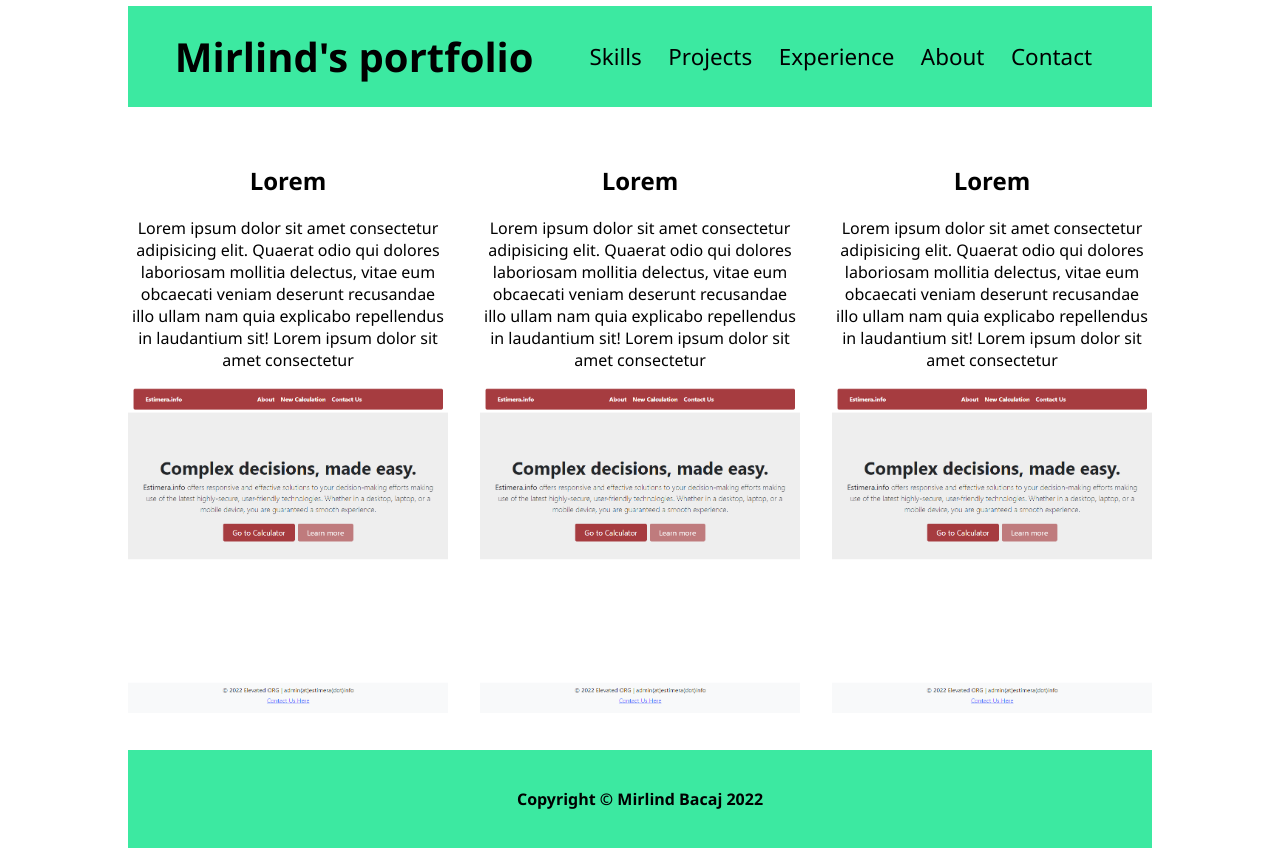
Repository: mirkbirki/mirkbirki.github.io
Page: index.html
An editor plug-in stored every save of this project. The page is shown before and after the next save, followed by the edit.
The browser window is 1280 px wide. The pictures show the whole page.

Above is the page before, as saved 2022-11-15 18:38:41.

After the next save:
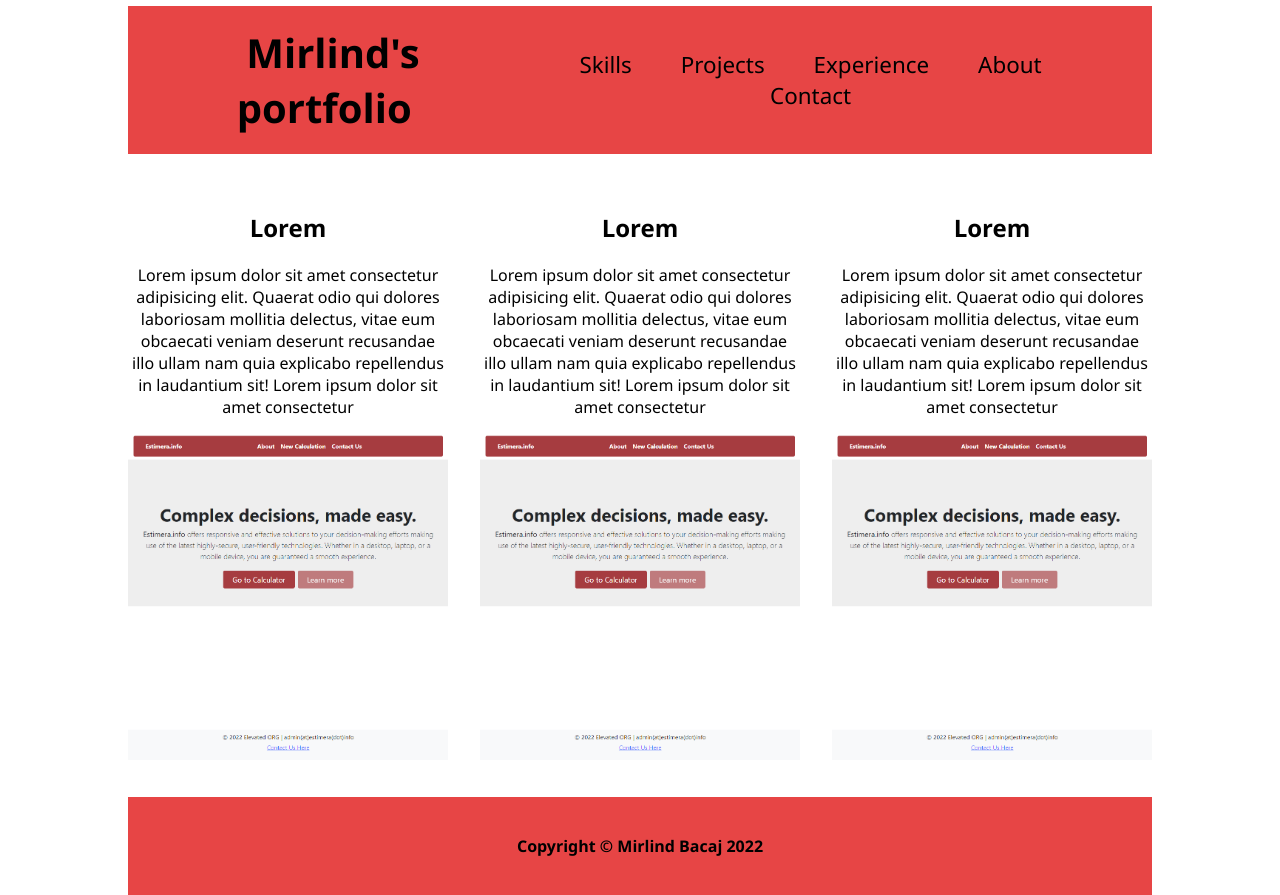
Saved 35 h 21 min later.
--- a/index.html
+++ b/index.html
@@ -16,11 +16,11 @@
                 </div>
                 <div class="nav_bar">
                     <ul>
-                        <li>Skills</li>
-                        <li>Projects</li>
-                        <li>Experience</li>
-                        <li>About</li>
-                        <li>Contact</li>
+                        <li><a href="#">Skills</a></li>
+                        <li><a href="#">Projects</a></li>
+                        <li><a href="#">Experience</a></li>
+                        <li><a href="#">About</a></li>
+                        <li><a href="#">Contact</a></li>
                     </ul>
                 </div>
             </div>
--- a/styles.css
+++ b/styles.css
@@ -26,7 +26,7 @@ body {
 .flex-container {
   display: flex;
   padding: 1.2rem;
-  background-color: rgb(60, 233, 161);
+  background-color: #e74545;
 }
 
 .brand {
@@ -51,7 +51,7 @@ body {
 
 .nav_bar li {
   display: inline-block;
-  margin-right: 1em;
+  margin-right: 2em;
   font-size: 1.4em;
 }
 
@@ -84,8 +84,18 @@ img {
 }
 
 .grid-item-5 {
-  background-color: rgb(60, 233, 161);
+  background-color: #e74545;
   grid-column: 1/span 3;
+}
+
+li>a {
+  text-decoration: none;
+  color: black;
+}
+
+li>a:hover {
+  text-decoration: none;
+  color: white;
 }
 
 @media screen and (max-width: 1260px) {
@@ -118,7 +128,6 @@ img {
     display: flex;
     flex-direction: column;
     padding: 1.2rem;
-    background-color: rgb(60, 233, 161);
   }
 
   .brand {
@@ -182,7 +191,6 @@ img {
   }
 
   .grid-item-5 {
-    background-color: rgb(60, 233, 161);
     grid-column: 1;
     margin-top: 1rem;
   }
